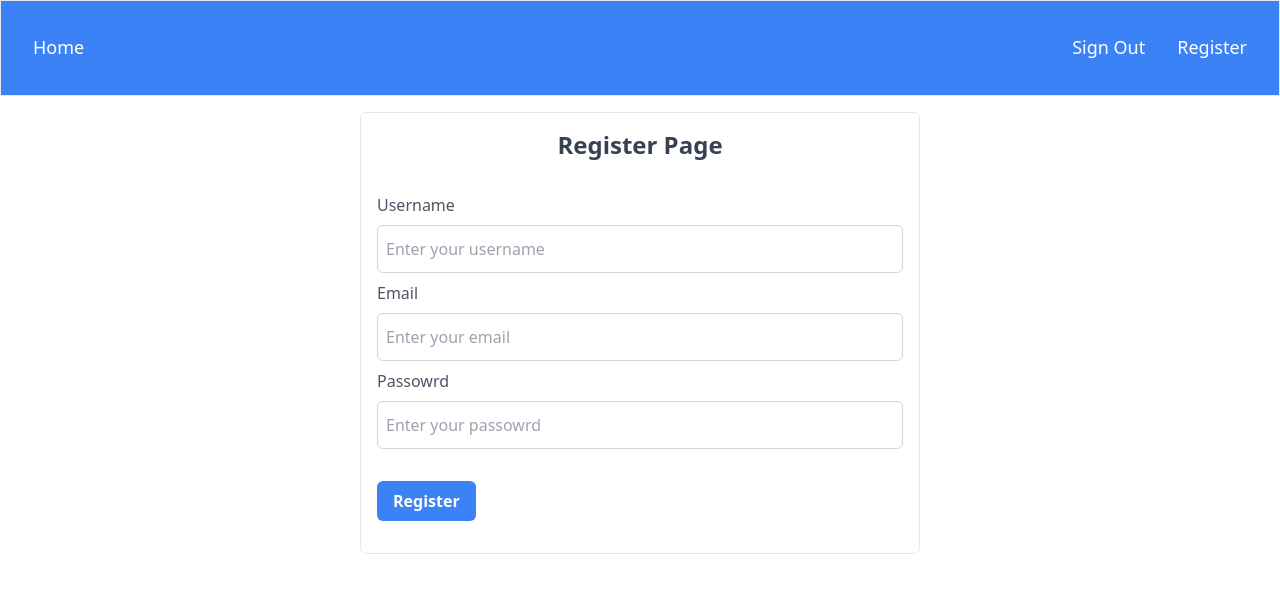
Repository: oderinde300/react-authentication-with-json-server
Page: /register
An editor plug-in stored every save of this project. The page is shown before and after the next save, followed by the edit.
The browser window is 1280 px wide. The pictures show the whole page.
The project was rebuilt for these pictures with package versions that can differ from the ones it lists, and the page was loaded fresh each time. Also part of the build but not shown: src/pages/HomePage.jsx, src/components/authentication/Login.jsx, src/pages/LoginPage.jsx.

Above is the page before, as saved 2023-03-22 12:51:44.

After the next save:
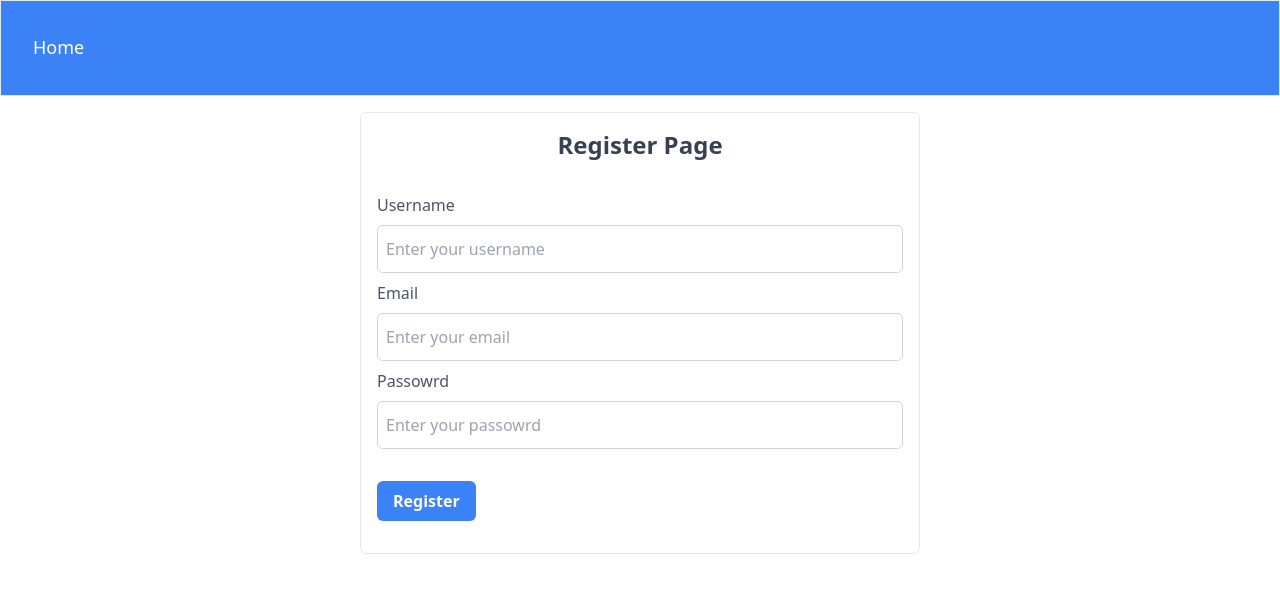
Saved 9 s later.
--- a/src/App.js
+++ b/src/App.js
@@ -32,9 +32,6 @@ function App() {
                 </li>
               </NavLink>
             ))}
-
-            <li className="mx-4 hover:font-bold cursor-pointer">Sign Out</li>
-            <li className="ml-4 hover:font-bold cursor-pointer">Register</li>
           </ul>
         </nav>
       </header>
